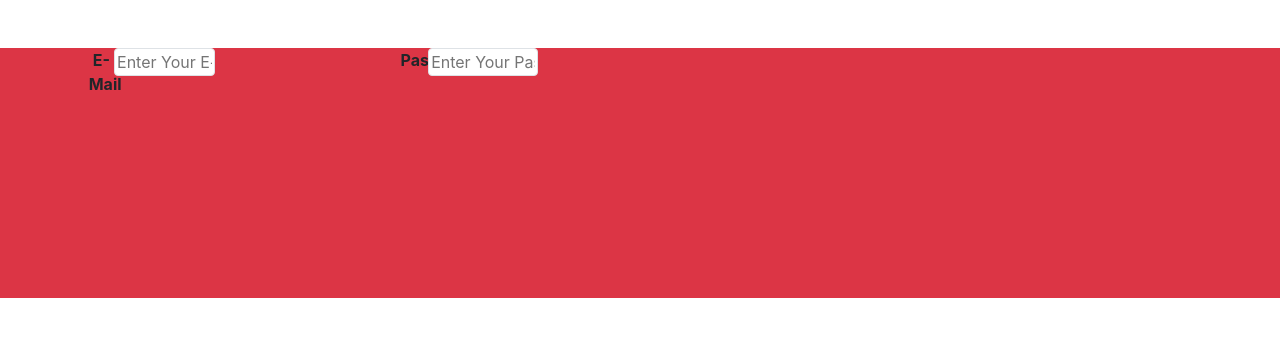
Repository: mariamkhaledsapra/E-Commerce-main
Page: /login
An editor plug-in stored every save of this project. The page is shown before and after a run of saves, followed by the edit.
The browser window is 1280 px wide. The pictures show the whole page.
The project was rebuilt for these pictures with package versions that can differ from the ones it lists, and the page was loaded fresh each time. Also part of the build but not shown: src/components/Navbar.jsx.

Above is the page before, as saved 2024-02-13 21:41:38.

### public/index.html
<!DOCTYPE html>
<html lang="en">
  <head>
    <meta charset="utf-8" />
    <link rel="icon" href="%PUBLIC_URL%/favicon.ico" />
    <meta name="viewport" content="width=device-width, initial-scale=1" />
    <meta name="theme-color" content="#000000" />
    <meta
      name="description"
      content="Web site created using create-react-app"
    />
    <link href="https://cdn.jsdelivr.net/npm/bootstrap@5.1.3/dist/css/bootstrap.min.css" rel="stylesheet" integrity="sha384-1BmE4kWBq78iYhFldvKuhfTAU6auU8tT94WrHftjDbrCEXSU1oBoqyl2QvZ6jIW3" crossorigin="anonymous">

    <title>React App</title>
  </head>
  <body>
    <div id="root"></div>
  </body>
</html>

### src/index.js
import React from "react";
import ReactDOM from "react-dom/client";
import "./index.css";
import App from "./App";
import reportWebVitals from "./reportWebVitals";
import { createBrowserRouter, RouterProvider } from "react-router-dom";
import Login from "./components/Login";
import Navbar from "./components/Navbar";

const Routes = createBrowserRouter([
  {
    path: "/",
    element: <App />,
    children: [
      {
        index:true,
        element: <Navbar />,
      },
      {
        path: "/login",
        element: <Login />,
      },
    ],
  },
]);

const root = ReactDOM.createRoot(document.getElementById("root"));
root.render(
  <RouterProvider router={Routes}>
    <App />
  </RouterProvider>
);

reportWebVitals();

### src/App.js
import logo from './logo.svg';
import './App.css';
import Navbar from './components/Navbar';
import { Outlet } from 'react-router-dom';

function App() {
  return (
    <div className="App">
      <Outlet/>
    </div>
  );
}

export default App;

### src/components/Login.jsx
import React from "react";

const Login = () => {
  return (
    <div className="bg-danger d-flex mt-5" style={{ height: "250px" }}>
      {" "}
      <div className="mb-3  d-flex justify-content-center">
        <label className="fw-bolder col-1">E-Mail</label>
        <div className="col-4">
          <input
            type="email"
            placeholder="Enter Your E-mail"
            className="w-100 border rounded"
          />
        </div>
      </div>
      <div className="mb-3  d-flex justify-content-center">
        <label className="fw-bolder col-1">Password</label>
        <div className="col-4">
          <input
            type="password"
            placeholder="Enter Your Password"
            className="w-100 border rounded"
          />
        </div>
      </div>
    </div>
  );
};

export default Login;

Loaded but not shown: src/index.css (common file); src/reportWebVitals.js (common file); src/App.css (common file)

After the next 3 saves:
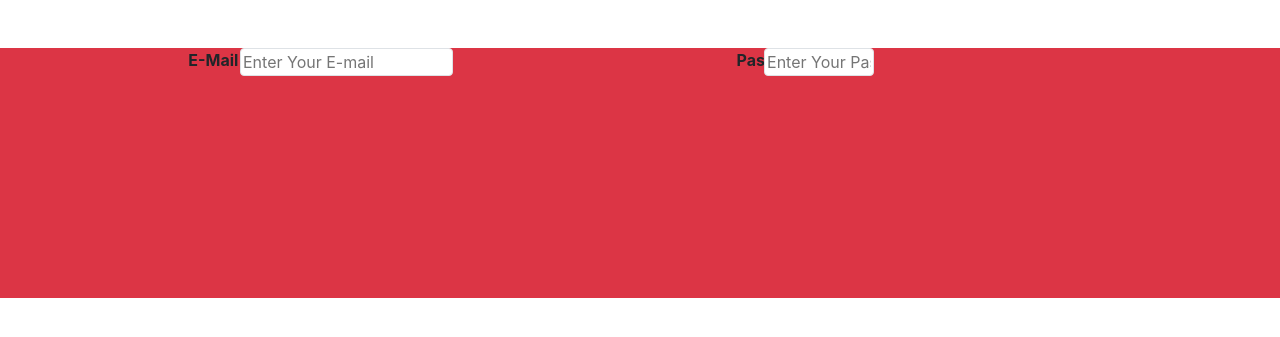
The 3 saves are shown as one change because they came seconds apart.
The last was saved 9 s later.
--- a/src/components/Login.jsx
+++ b/src/components/Login.jsx
@@ -4,7 +4,7 @@ const Login = () => {
   return (
     <div className="bg-danger d-flex mt-5" style={{ height: "250px" }}>
       {" "}
-      <div className="mb-3  d-flex justify-content-center">
+      <div className="mb-3 col-6 d-flex justify-content-center">
         <label className="fw-bolder col-1">E-Mail</label>
         <div className="col-4">
           <input
